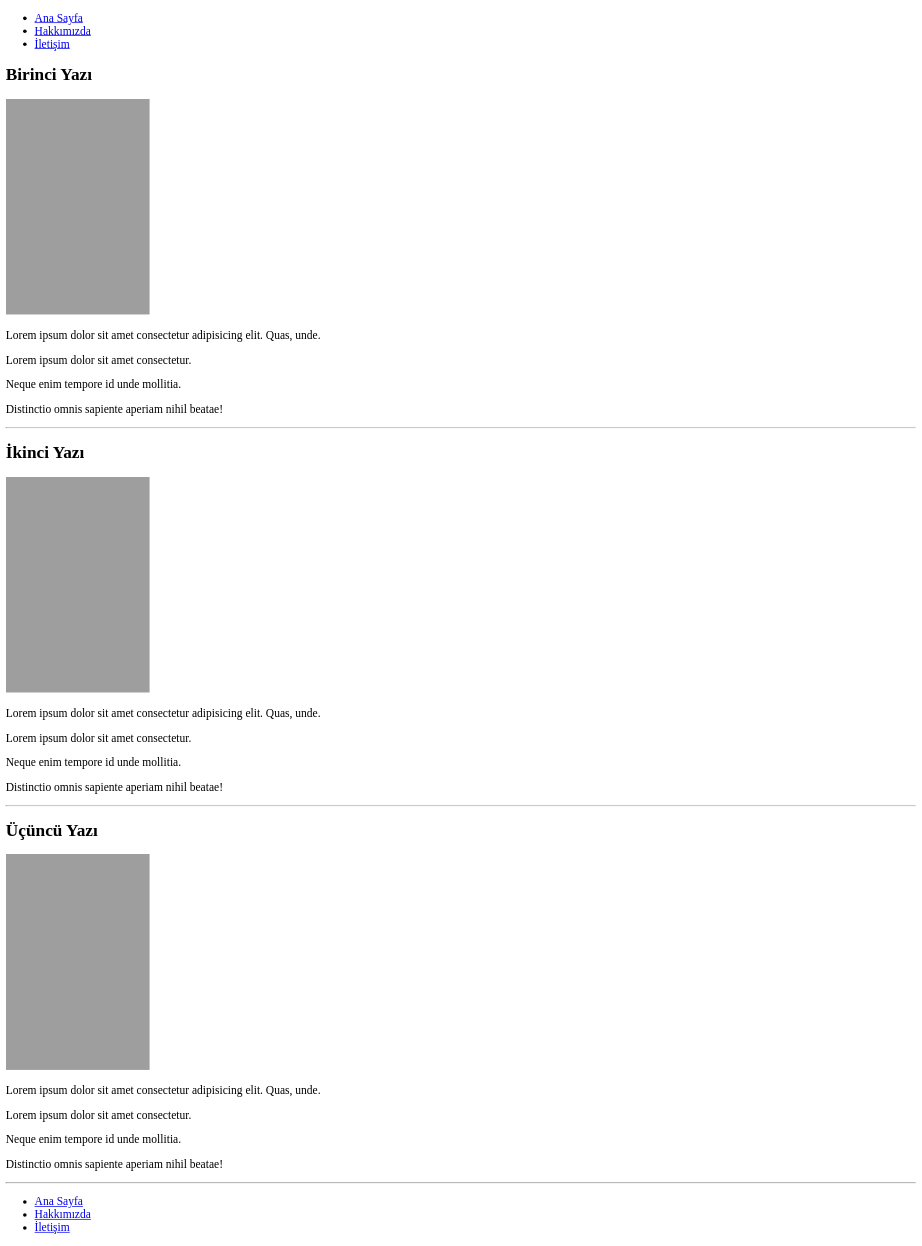
Repository: rizacantire/html
Page: Practice/index.html
The author's editor kept a copy of each file at every save. The page is drawn from the files as they stood at one save, then again after the next save.
The browser window is 1280 px wide. The pictures show the whole page, at 72% of full size.
Pictures or frames that could not be fetched are drawn as grey boxes.

Above is the page before, as saved 2021-12-06 23:45:23.

### Practice/index.html
<!DOCTYPE html>
<html lang="en">
<head>
    <meta charset="UTF-8">
    <meta http-equiv="X-UA-Compatible" content="IE=edge">
    <meta name="viewport" content="width=device-width, initial-scale=1.0">
    <title>Ana Sayfa</title>
</head>
<body>
    <!-- Navbar - Start -->
    <header>
        <nav>
            <ul>
                <li><a href="index.html">Ana Sayfa</a></li>
                <li><a href="about-us.html">Hakkımızda</a></li>
                <li><a href="contact.html">İletişim</a></li>
            </ul>
        </nav>
    </header>
    <!-- Navbar - End -->

    <!-- Content - Start -->
    <section>
        <!-- Articles - Start -->
        <article>
            <h2>Birinci Yazı</h2>
            <img src="https://picsum.photos/id/237/200/300" alt="Yazı 1">
            <p>Lorem ipsum dolor sit amet consectetur adipisicing elit. Quas, unde.</p>
            <p>Lorem ipsum dolor sit amet consectetur.</p>
            <p>Neque enim tempore id unde mollitia.</p>
            <p>Distinctio omnis sapiente aperiam nihil beatae!</p>
            <hr>
        </article>
        <article>
            <h2>İkinci Yazı</h2>
            <img src="https://picsum.photos/id/15/200/300" alt="Yazı 2">
            <p>Lorem ipsum dolor sit amet consectetur adipisicing elit. Quas, unde.</p>
            <p>Lorem ipsum dolor sit amet consectetur.</p>
            <p>Neque enim tempore id unde mollitia.</p>
            <p>Distinctio omnis sapiente aperiam nihil beatae!</p>
            <hr>
        </article>
        <article>
            <h2>Üçüncü Yazı</h2>
            <img src="https://picsum.photos/id/36/200/300" alt="Yazı 3">
            <p>Lorem ipsum dolor sit amet consectetur adipisicing elit. Quas, unde.</p>
            <p>Lorem ipsum dolor sit amet consectetur.</p>
            <p>Neque enim tempore id unde mollitia.</p>
            <p>Distinctio omnis sapiente aperiam nihil beatae!</p>
            <hr>
        </article>
        <!-- Articles - End -->
    </section>
    <!-- Content - End -->

    <!-- Footer - Start -->
    <footer>
        <nav>
            <ul>
                <li><a href="index.html">Ana Sayfa</a></li>
                <li><a href="about-us.html">Hakkımızda</a></li>
                <li><a href="contact.html">İletişim</a></li>
            </ul>
        </nav>
    </footer>
    <!-- Footer - End -->
</body>
</html>

After the next save:
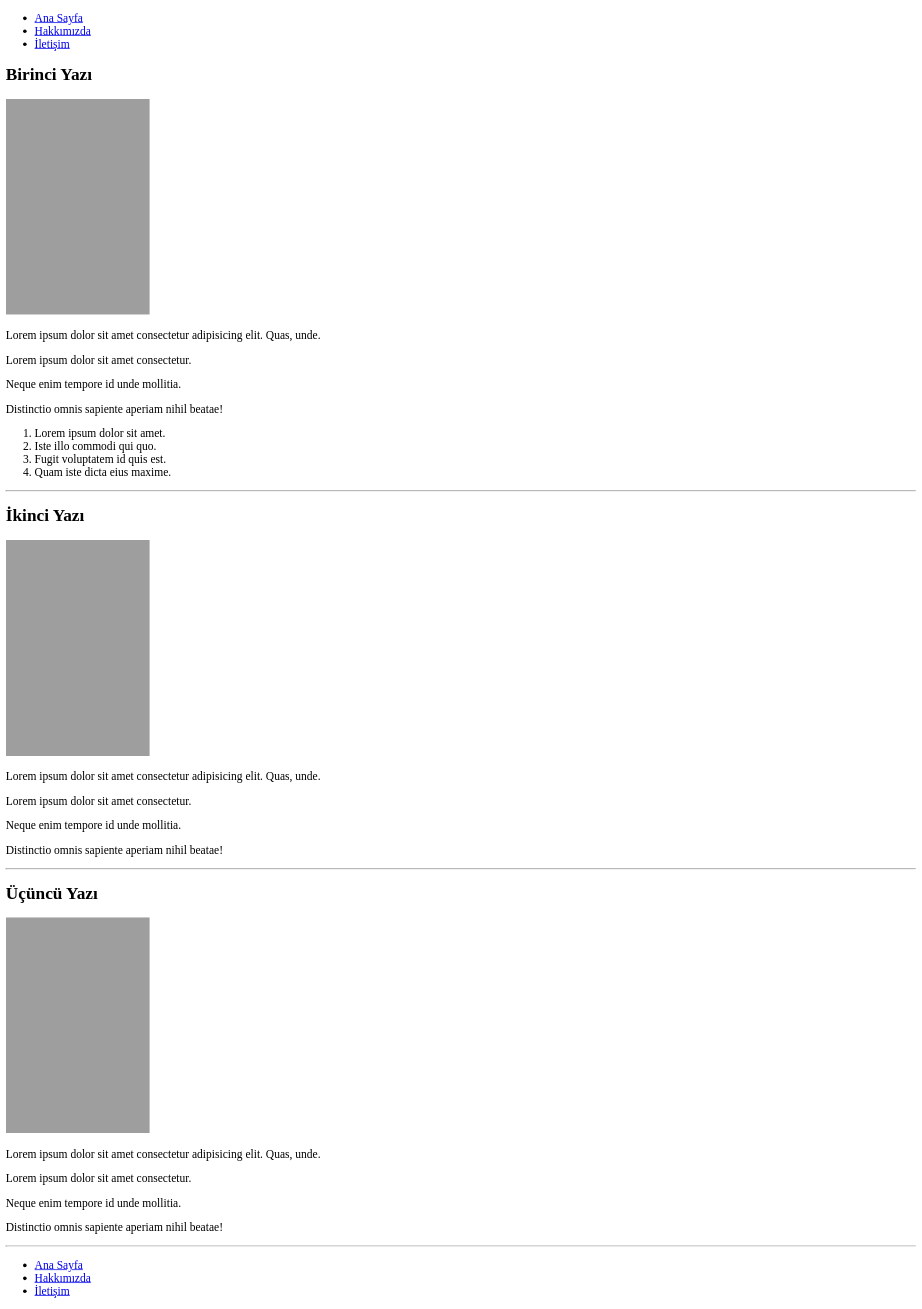
Saved 34 s later.
--- a/Practice/index.html
+++ b/Practice/index.html
@@ -29,6 +29,12 @@
             <p>Lorem ipsum dolor sit amet consectetur.</p>
             <p>Neque enim tempore id unde mollitia.</p>
             <p>Distinctio omnis sapiente aperiam nihil beatae!</p>
+            <ol>
+                <li>Lorem ipsum dolor sit amet.</li>
+                <li>Iste illo commodi qui quo.</li>
+                <li>Fugit voluptatem id quis est.</li>
+                <li>Quam iste dicta eius maxime.</li>
+            </ol>
             <hr>
         </article>
         <article>
